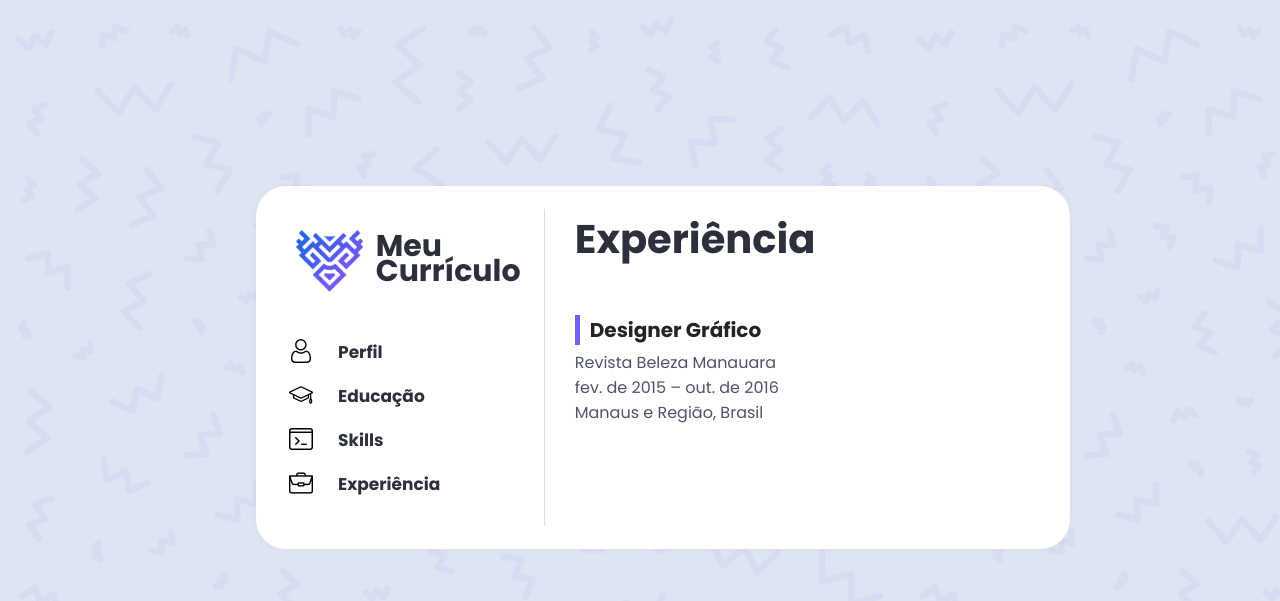
Repository: 4lex-passos/MeuPrimeiroSite
Page: experiencia.html
The author's editor kept a copy of each file at every save. The page is drawn from the files as they stood at one save, then again after the next save.
The browser window is 1280 px wide. The pictures show the whole page.

Above is the page before, as saved 2020-10-02 01:48:51.

### experiencia.html
<!DOCTYPE html>

<html>
  <head lang="pt-br">
    <meta charset="UTF-8">
    <meta name="viewport" content="width=device-width, initial-scale=1.0">
    <link rel="stylesheet" href="css/style.css">
    <link rel="shortcut icon" type="image/png" href="imagens/Owl.png">
    <title>Currículo</title>
  </head>

  <body>
    <div class="conteiner">
      <div class="box">

        <aside class="naveg">
          <header class="logo">
            <img src="imagens/Owl.png"
                 alt="Foto de perfil">
            <h1>Meu<br>Currículo</h1>
          </header>
          <main>
            <nav>
              <ul>
                <li>
                  <img src="imagens/perfil-icon.png">
                  <a href="index.html" class="icon">Perfil</a>
                </li>
                <li>
                  <img src="imagens/education-icon.png">
                  <a href="educacao.html" class="icon">Educação</a>
                </li>
                <li>
                  <img src="imagens/skills-icon.png">
                  <a href="skills.html" class="icon">Skills</a>
                </li>
                <li>
                  <img src="imagens/experiencia-icon.png">
                  <a href="experiencia.html" class="icon">Experiência</a>
                </li>
              </ul>
            </nav>
          </main>
        </aside>

        <aside class="feed">
          <main>
            <div class="painel">
              <div class="exper">
                <h1>Experiência</h1>
                <div class="designer">
                  <h6>Designer Gráfico</h6>
                  <p>Revista Beleza Manauara</p>
                  <p>fev. de 2015 – out. de 2016<br>Manaus e Região, Brasil</p>
                </div>
              </div>
            </div>
          </main>
        </aside>

### css/style.css
@import url('https://fonts.googleapis.com/css2?family=Poppins:wght@400;700;900&display=swap');

/*============================
| GERAL*/
html{
  font-size: 62.5%;
  color: #232325;
  font-family: 'Poppins', sans-serif;
}
body{

  background: url("../imagens/pattern2.png");
  box-sizing: border-box;
  font-size: 1.6rem;
  margin: 0;
  padding:0;
  width: 100%;
  height: 100%;
}

/*============================
| ESTILO DA PAGINA TOTAL*/
.conteiner{
  width: 100vw;
  height: 100vh;

  display: grid;
  grid-template-columns: 1fr 1fr 1fr;
  grid-template-rows: 1fr 1fr 1fr;
  grid-template-areas:". . ."
                      ". b ."
                      ". . .";
}
.box{
  display:flex;
  flex-flow: row wrap;
  grid-area: b;

  width: 60vw;
  background: #ffffff;
  border-radius: 30px;
  box-shadow: 0px 0px 10px rgba(0,0,0,.030);
  padding: 3%;
  margin-top: 15px;
}

/*============================
| CONTEINER DO MENU DE NAVEGAÇÃO*/
.naveg{
  display:flex;
  flex-flow: column;
  flex-grow: 1;
  flex-basis: 10vw;
  border-radius: 15px;
  padding: 10px 30px 10px 10px;
}
.naveg header.logo{
  display:flex;
  border-radius: 15px;
  align-items: top;
  padding: 0px;
}
.naveg header.logo img{
  margin-right: 3%;
  width: 80px;
  height: 80px;
}
.naveg header.logo h1{
  line-height: 25px;
  font-size: 3.0rem;
  color: #2c303d;
  margin-top: 1.5rem;
}
main nav ul{
  display: flex;
  flex-flow: column;
  padding:0px;
}
main nav ul li{
  display: flex;
  margin-top: 10px;
  padding: 5px 0px 5px 0px;
  list-style: none;
}
main nav ul li a{
  font-size: 1.7rem;
  text-decoration: none;
  font-weight: bolder;
  width: 100%;
  color: #2c303d;
  margin-left: 2.5rem;
}
main nav ul li a:hover{
  background: -webkit-linear-gradient(top left, #2065DF, #A28AF8);
  background: -moz-linear-gradient(top left, #2065DF, #A28AF8);
  background: linear-gradient(to bottom right, #2065DF, #A28AF8);
  -webkit-background-clip: text;
  -webkit-text-fill-color: transparent;
  font-size: 1.9rem;
  transition-duration: .1s;
}
main nav ul li .icon{
  height: 24px;
}

/*============================
| CONTEINER DO CONTEÚDO*/
.feed{
  margin: 0px;
  display: flex;
  width: 40%;
  padding: 0 30px 0 30px;
  flex-grow: 7;
  border-left: 1px solid #d7ddf1;
}
main{
  width: 100%;
}
.feed main h1{
  margin: 0 0 15px 0;
  font-size: 4.0rem;
  color: #2c303d;
}
p{
  color: #4d5469;
  margin: 0;
}
h6{
  font-size: 2.0rem;
  border-left: 5px solid #7163f1;
  padding-left: 10px;
  margin-bottom: 5px;
}
/*============================
| PERFIL*/
.feed main .painel{
  display: flex;
  flex-flow: row wrap;
  border-radius: 1.5rem;
}

.feed main img{
  width: 15.0rem;
  height: 15.0rem;
  border-radius: 1.5rem;
  margin: 0 2.0rem 2.0rem 0;
}.feed main img#myImg{
  transition-duration:.5s;
  border: 3px solid #7163f1;
}
.feed main h2{
  color:#2c303d;
  font-size: 1.6rem;
  line-height: 2.5rem;
  margin: 0px;
}
.feed main h3{
  margin: 0 0 15px 0;
  width: 8.4rem;
  color:#2c303d;
  font-size: 2.0rem;
  border-bottom: 3px solid #7163f1;
}
.feed main span.info{
  color: #4d5469;
  font-weight: normal;
}

/*============================
| EDUCAÇÃO: ENSINO MÉDIO*/
.feed main .cards{
  width: 100%;
  display: flex;
  flex-flow: wrap row;
  justify-content: space-between;
}
div.en-medio .over{
  display: flex;
  justify-content: center;
  align-items: center;
  position: absolute;
  width: 100%;
  height: 100%;
  background: #ffffff;
  border-radius: 1.5rem;
  transition-duration: .3s;
}
div.en-medio .over:hover{
  opacity: 0%;
  transition-duration: .2s;
}
.feed main .en-medio{
  position: relative;
  display: flex;
  flex-flow: wrap column;
  justify-content: center;
  align-items: center;
  color:#ffffff;
  border-radius: 1.5rem;
  width: 39.0rem;
  height: 400px;
  margin-bottom: 20px;
}

div.en-medio h1{
  line-height: 5.0rem;
  color:rgba(0,0,0,.4);
  background: -webkit-linear-gradient(top left, #2065DF, #A28AF8);
  background: -moz-linear-gradient(top left, #2065DF, #A28AF8);
  background: linear-gradient(to bottom right, #2065DF, #A28AF8);
  -webkit-background-clip: text;
  -webkit-text-fill-color: transparent;
  font-size: 4.5rem;
  text-align: center;
  padding: 10px 0 10px 0;
}
div.en-medio h2{
  margin: 10px 0 10px 0;
  color: #8cbd18;
  font-size: 4.0rem;
  text-align: center;
}
div.en-medio p{
  width: 80%;
  color: #2c303d;
  font-size: 1.5rem;
  text-align: center;
  margin: 0px;
}
div.en-medio h4{
  margin: 0%;
  width: 80%;
  color: #2c303d;
  font-size: 3.5rem;
  text-align: center;
}
div.en-medio h5{
  margin: 0%;
  width: 80%;
  color: #ffffff;
  font-size: 6.5rem;
  text-align: center;
}
/*============================
| EDUCAÇÃO: ENSINO SUPERIOR*/
div.en-superior .over{
  display: flex;
  justify-content: center;
  align-items: center;
  position: absolute;
  width: 100%;
  height: 100%;
background: #ffffff;
  border-radius: 1.5rem;
  transition-duration: .3s;
}
div.en-superior .over:hover{
  opacity: 0%;
  transition-duration: .2s;
}
.feed main .en-superior{
  position: relative;
  display: flex;
  flex-flow: wrap column;
  justify-content: center;
  align-items: center;
  color:#ffffff;
  border-radius: 1.5rem;
  width: 39.0rem;
  height: 400px;
}

div.en-superior h1{
  line-height: 5.0rem;
  color:rgba(0,0,0,.4);
  background: -webkit-linear-gradient(top left, #2065DF, #A28AF8);
  background: -moz-linear-gradient(top left, #2065DF, #A28AF8);
  background: linear-gradient(to bottom right, #2065DF, #A28AF8);
  -webkit-background-clip: text;
  -webkit-text-fill-color: transparent;
  font-size: 4.5rem;
  text-align: center;
  padding: 10px 0 10px 0;
}
div.en-superior h2{
  margin: 10px 0 10px 0;
  color: #f1a71e;
  font-size: 4.0rem;
  text-align: center;
}
div.en-superior p{
  width: 80%;
  color: #2c303d;
  font-size: 1.5rem;
  text-align: center;
  margin: 0px;
}
div.en-superior h4{
  margin: 0%;
  width: 80%;
  color: #2c303d;
  font-size: 2.5rem;
  text-align: center;
}
div.en-superior h5{
  margin: 0%;
  width: 80%;
  color: #ffffff;
  font-size: 6.5rem;
  text-align: center;
}

After the next save:
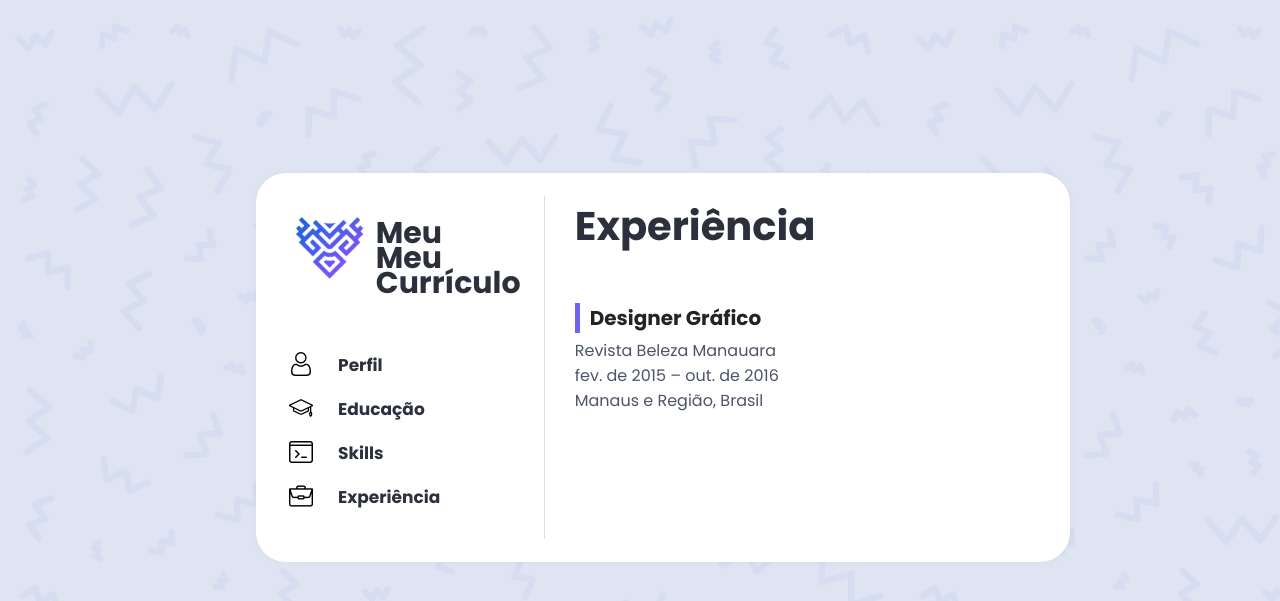
Saved 40 s later.
--- a/experiencia.html
+++ b/experiencia.html
@@ -17,7 +17,7 @@
           <header class="logo">
             <img src="imagens/Owl.png"
                  alt="Foto de perfil">
-            <h1>Meu<br>Currículo</h1>
+            <h1>Meu<br>Meu Currículo</h1>
           </header>
           <main>
             <nav>
